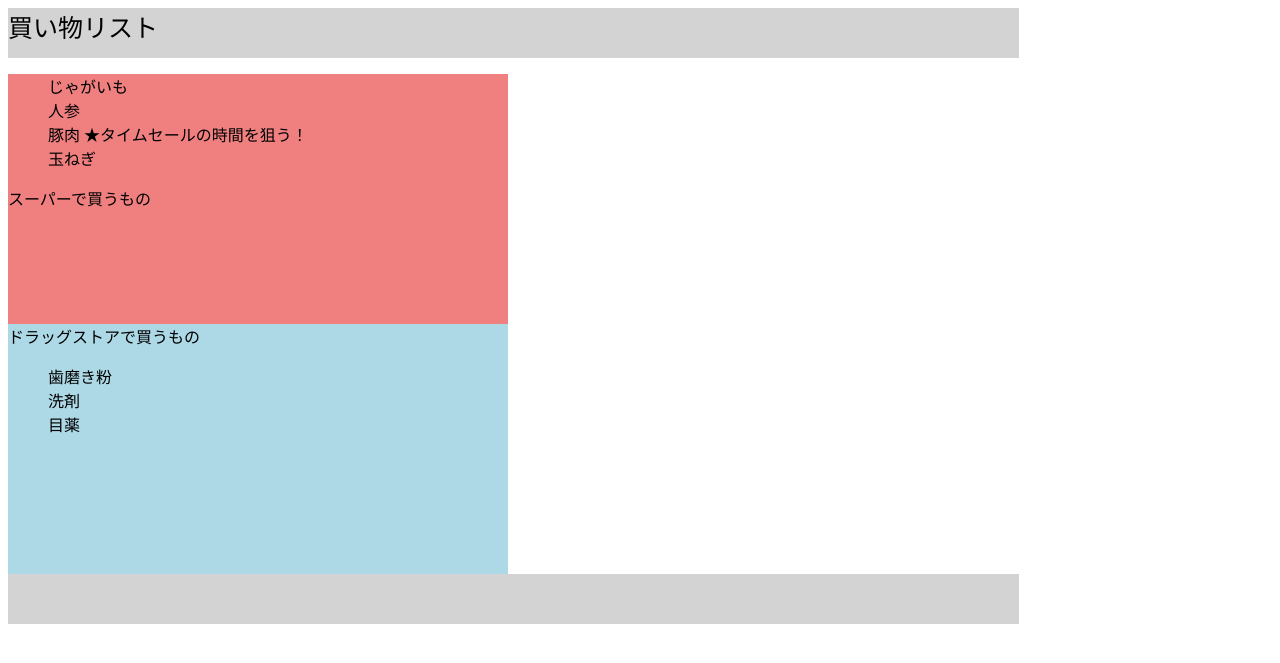
Repository: gorirawomen/first_app
Page: html_css/html_construction/index.html
The author's editor kept a record of every edit. The page is drawn from the files as they stood at one moment, then again after the next edit.
The browser window is 1280 px wide. The pictures show the whole page.

Above is the page before.

After the next edit:
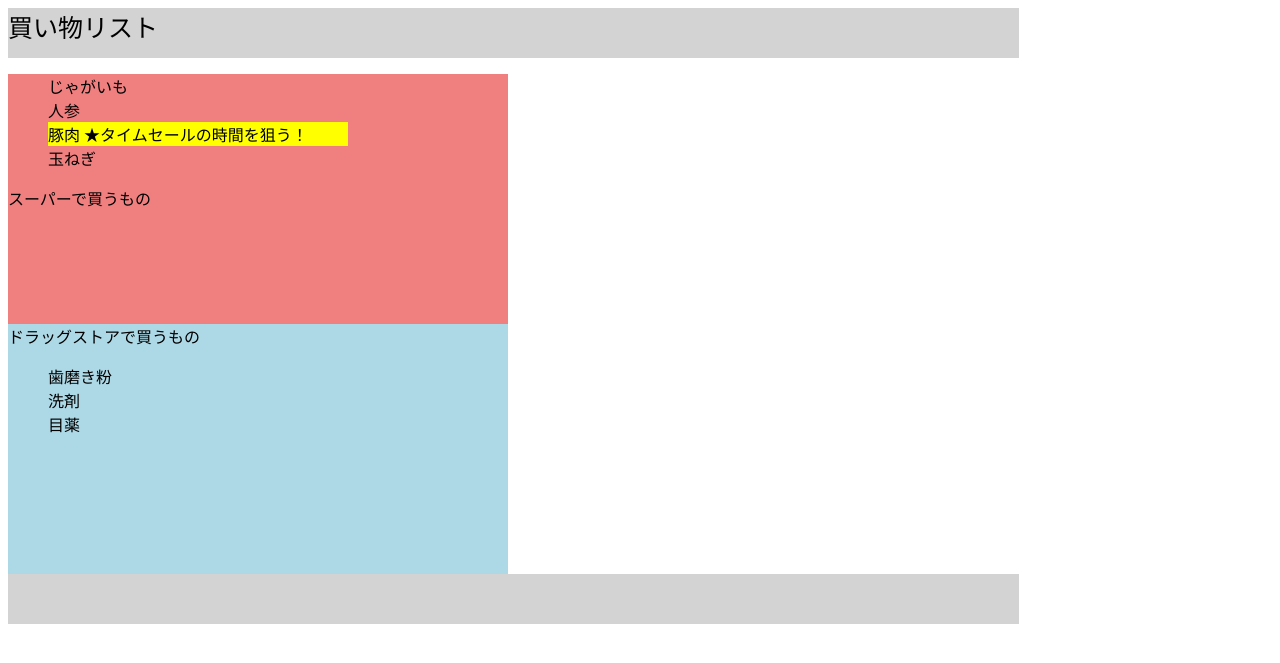
The edit:
--- a/html_css/html_construction/index.html
+++ b/html_css/html_construction/index.html
@@ -14,7 +14,7 @@
           <ul class="lists">
           <li class="list">じゃがいも</li>
           <li class="list">人参</li>
-          <li class="list">豚肉 ★タイムセールの時間を狙う！</li>
+         <li class="list featured">豚肉 ★タイムセールの時間を狙う！</li>
           <li class="list">玉ねぎ</li>
         </ul>
         スーパーで買うもの
